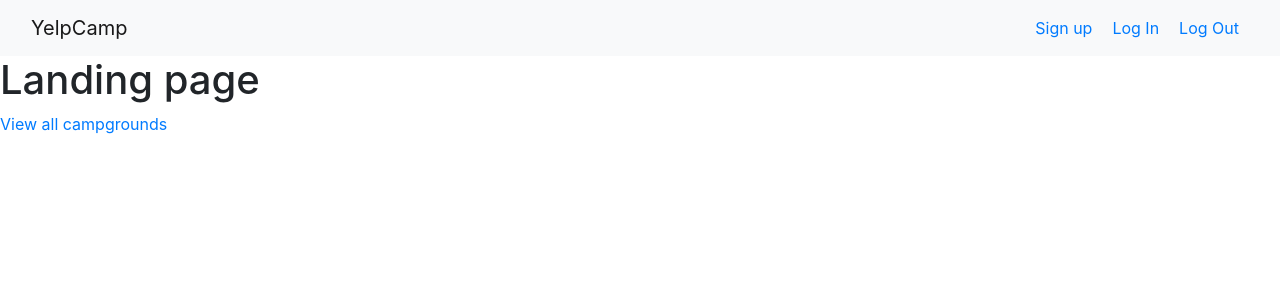
Repository: N-Verma/Webdev-Backend-
Page: http://localhost/
The author's editor kept a record of every edit. The page is drawn from the files as they stood at one moment, then again after the next edit.
The browser window is 1280 px wide. The pictures show the whole page.
The page is served by the project's Node server (YelpCamp/v6/app.js). Other server files are loaded and not shown.

Above is the page before.

### Web dev (backend)/environment/YelpCamp/v6/views/landing.ejs
<%include partials/header%>
<h1>Landing page</h1>
<a href="/campgrounds">View all campgrounds</a>

<%include partials/footer%>

### Web dev (backend)/environment/YelpCamp/v6/views/partials/header.ejs
 <!DOCTYPE html>
 <html>
     <head>
         <title>YelpCamp</title>
         <link href="https://stackpath.bootstrapcdn.com/bootstrap/4.3.1/css/bootstrap.min.css" rel="stylesheet">
         <link rel="stylesheet" type="text/css" href="/stylesheets/app.css">
    </head>
    <body>
    <nav class="navbar navbar-expand-lg navbar-light bg-light">
        <div class="container-fluid">
            <div class="navbar-header">
                <a class="navbar-brand" href="/">YelpCamp</a>
            </div>
            <div class="collapse navbar-collapse">
                <ul class="nav navbar-nav ml-auto">
                    <li><a href="/register">Sign up</a></li>
                    <li><a href="/login">Log In</a></li>
                    <li><a href="/logout">Log Out</a></li>
                </ul>
            </div>
        </div>
    </nav>

### Web dev (backend)/environment/YelpCamp/v6/views/partials/footer.ejs

    </body>
 </html>

### Web dev (backend)/environment/YelpCamp/v6/app.js
var express = require("express"),
    app  = express(),
    bodyParser = require("body-parser"),
    mongoose = require("mongoose"),
    passport = require("passport"),
    localStrategy  = require("passport-local"),
    Campground = require("./models/campground"),
    Comment = require("./models/comment"),
    User = require("./models/user"),
    seedDB =require("./seeds")


mongoose.connect('mongodb://localhost:27017/yelp_camp_v6', { useNewUrlParser: true });
app.use(bodyParser.urlencoded({extended: true}));
app.set("view engine","ejs");
app.use(express.static(__dirname + "/public"));
seedDB();

//passport config
app.use(require("express-session")({
    secret:"qwerty",
    resave:false,
    saveUninitialized:false
}));

app.use(passport.initialize());
app.use(passport.session());
passport.use(new localStrategy(User.authenticate()));
passport.serializeUser(User.serializeUser());
passport.deserializeUser(User.deserializeUser());



//landing route
app.get("/", function(req,res){
   res.render("landing");
});

//INDEX
app.get("/campgrounds", function(req,res){
    Campground.find({},function(err, allCampgrounds){
        if(err){
            console.log(err);
        } else{
            res.render("campgrounds/index",{campgrounds: allCampgrounds, currentuser: req.user});
        }
    });

});

//NEW CAMPGROUND
app.get("/campgrounds/new",function(req, res) {
   res.render("campgrounds/new");
});

app.post("/campgrounds",function(req,res){
    var name = req.body.name;
    var image = req.body.img;
    var desc = req.body.description;
    var newCampground = {name:name, image:image, description:desc};
    Campground.create(newCampground,function(err,newlycreated){
        if(err){
            console.log(err);
        } else{
            res.redirect("/campgrounds");
        }
    })
});

//SHOW CAMPGROUND
app.get("/campgrounds/:id", function(req, res) {
    Campground.findById(req.params.id).populate("comments").exec(function(err,foundCampground){
        if(err){
            console.log(err)
        } else{
            console.log(foundCampground);
            res.render("campgrounds/show", {campground: foundCampground});
        }
    });

})

//nested comments new route
app.get("/campgrounds/:id/comments/new", isLoggedIn, function(req, res) {
    Campground.findById(req.params.id, function(err, campground){
        if(err){
            console.log(err);
        } else{
            res.render("comments/new", {campground:campground});
        }
    })
});

app.post("/campgrounds/:id/comments", isLoggedIn, function(req, res){
    Campground.findById(req.params.id, function(err, campground){
        if(err){
            console.log(err);
            res.redirect("/campgrounds");
        } else{
            Comment.create(req.body.comment, function(err,comment){
                if(err){
                    console.log(err);
                } else{
                    campground.comments.push(comment);
                    campground.save();
                    res.redirect("/campgrounds/" + campground._id);
                }
            });
        }
    })
});

//auth route
app.get("/register", function(req, res) {
   res.render("register");
});

app.post("/register", function(req, res) {
    var newUser = new User({username: req.body.username});
   User.register(newUser,req.body.password,function(err,user){
      if(err){
          console.log(err);
          return res.render("register");
      }
      passport.authenticate("local")(req,res,function(){
          res.redirect("/campgrounds");
      });
   });
});

//login route
app.get("/login",function(req, res) {
    res.render("login");
});


app.post("/login",passport.authenticate("local",
    {
        successRedirect:"/campgrounds",
        failureRedirect:"/login"
    }
    ) ,function(req, res) {
});

app.get("/logout",function(req, res) {
    req.logout();
    res.redirect("/campgrounds");
});


//middleware
function isLoggedIn(req,res,next){
    if(req.isAuthenticated()){
        return next();
    }
    res.redirect("/login");
}

app.listen(process.env.PORT,process.env.IP, function(){
   console.log("Yelpcamp started");
});

### Web dev (backend)/environment/YelpCamp/v6/public/stylesheets/app.css
.navbar-nav > li{
      padding-left:10px;
      padding-right:10px;
}
image{
    margin-left:20px;
    margin-right:20px;
}
.showimage{
    height:500px;
    width:720px;
}

.thumbnail img{
    width:100%;
}
.thumbnail{
    padding: 0;
}
.thumbnail .caption-full{
    padding: 9px;
}

After the next edit:
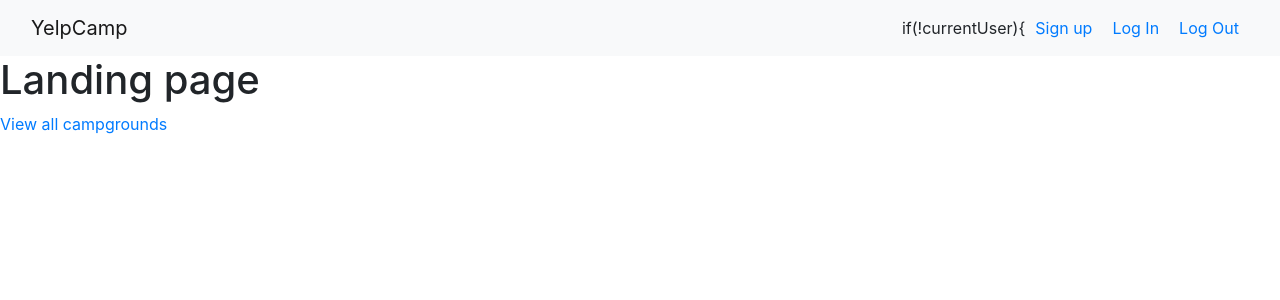
The edit:
--- a/Web dev (backend)/environment/YelpCamp/v6/views/partials/header.ejs
+++ b/Web dev (backend)/environment/YelpCamp/v6/views/partials/header.ejs
@@ -13,6 +13,7 @@
             </div>
             <div class="collapse navbar-collapse">
                 <ul class="nav navbar-nav ml-auto">
+                    if(!currentUser){
                     <li><a href="/register">Sign up</a></li>
                     <li><a href="/login">Log In</a></li>
                     <li><a href="/logout">Log Out</a></li>
